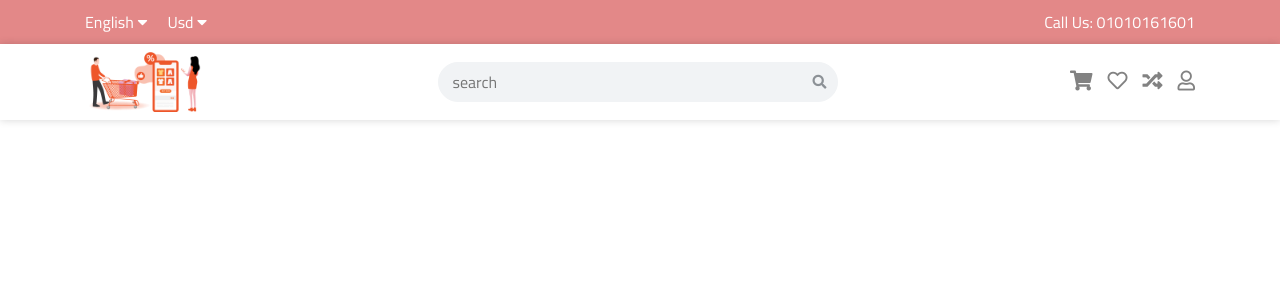
Repository: amrh20/ecommerce-temp
Page: src/index.html
An editor plug-in stored every save of this project. The page is shown before and after the next save, followed by the edit.
The browser window is 1280 px wide. The pictures show the whole page.
The style sheet was rebuilt from its Sass, Less or Tailwind sources for each picture, by a compiler version that may differ from the author's.

Above is the page before, as saved 2020-01-19 12:59:43.

After the next save:
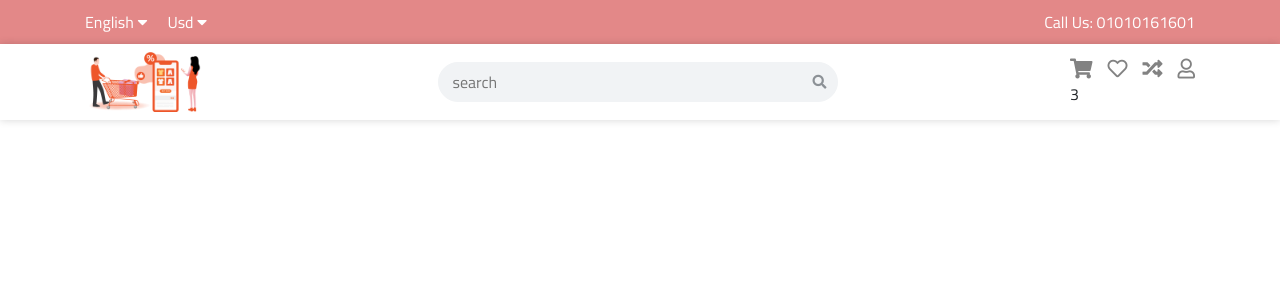
Saved 116 s later.
--- a/src/index.html
+++ b/src/index.html
@@ -93,8 +93,12 @@
                   <div class="shopping-cart">
                     <div class="icon_head cart-icon_head">
                       <i class="fas fa-shopping-cart"></i>
-                    </div>
-
+                       <!-- numbers view -->
+                       <div class="overlay_nummbers">
+                         3
+                       </div>
+                    </div>
+                  <!-- satrt content -->
                     <div class="shopping-cart_content custom_content">
                       <div class="shopping-cart_details custom_details">
                         <div class="shopping-cart_row custom_row">
@@ -137,9 +141,10 @@
                           </div>
                         </div>
                       </div>
-
+                   <!-- triangle view -->
                       <div class="custom-overlay">
                       </div>
+
                       <div class="total_price">
                         <span>sub total</span>
                         <span>800,00 egb</span>
